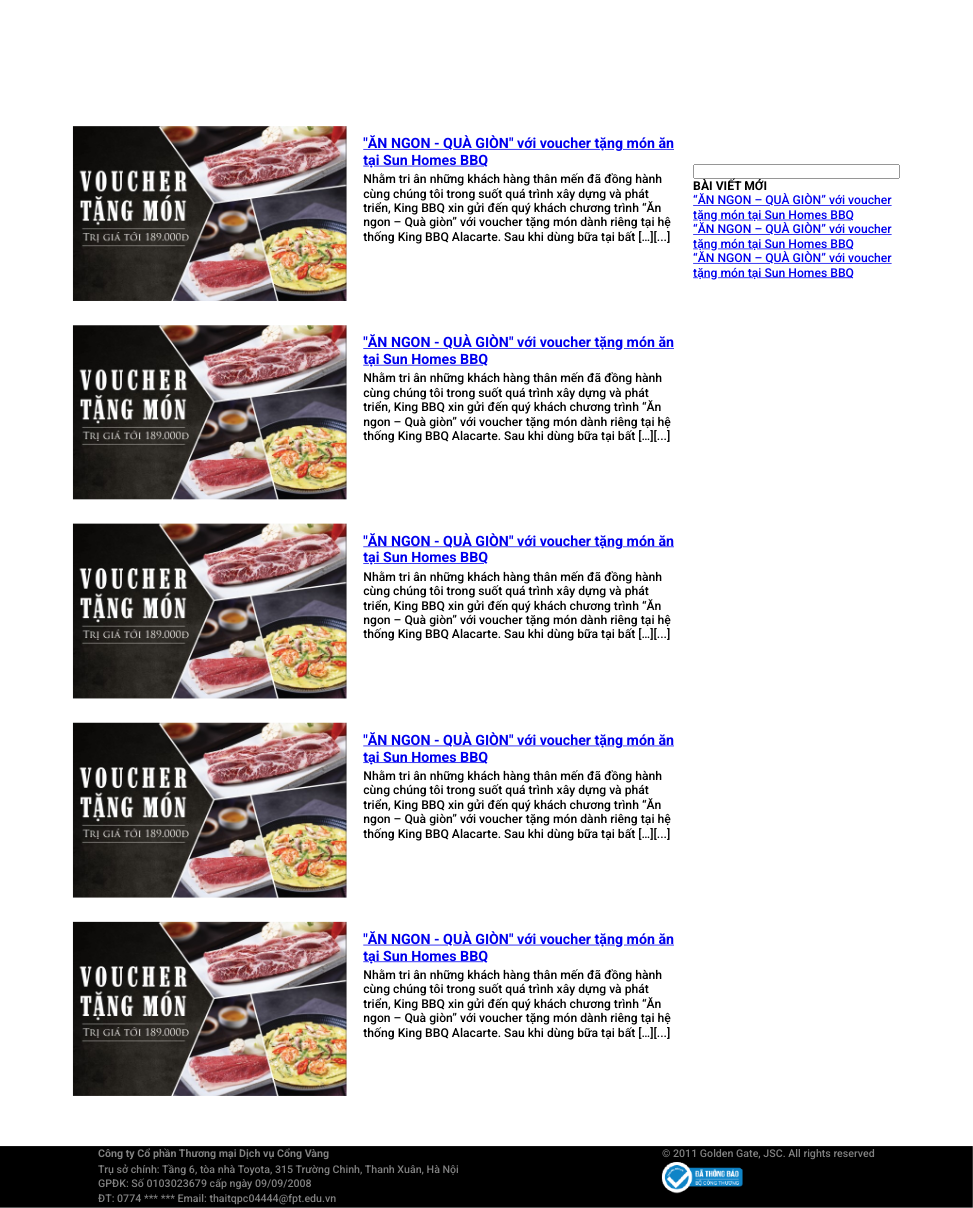
Repository: QUANGTHAI2003/sunhomesbbq
Page: TinTuc.html
An editor plug-in stored every save of this project. The page is shown before and after the next save, followed by the edit.
The browser window is 1280 px wide. The pictures show the whole page, at 76% of full size.
Some web fonts or font styles are not loaded; a fallback is used.

Above is the page before, as saved 2022-02-15 15:21:30.

After the next save:
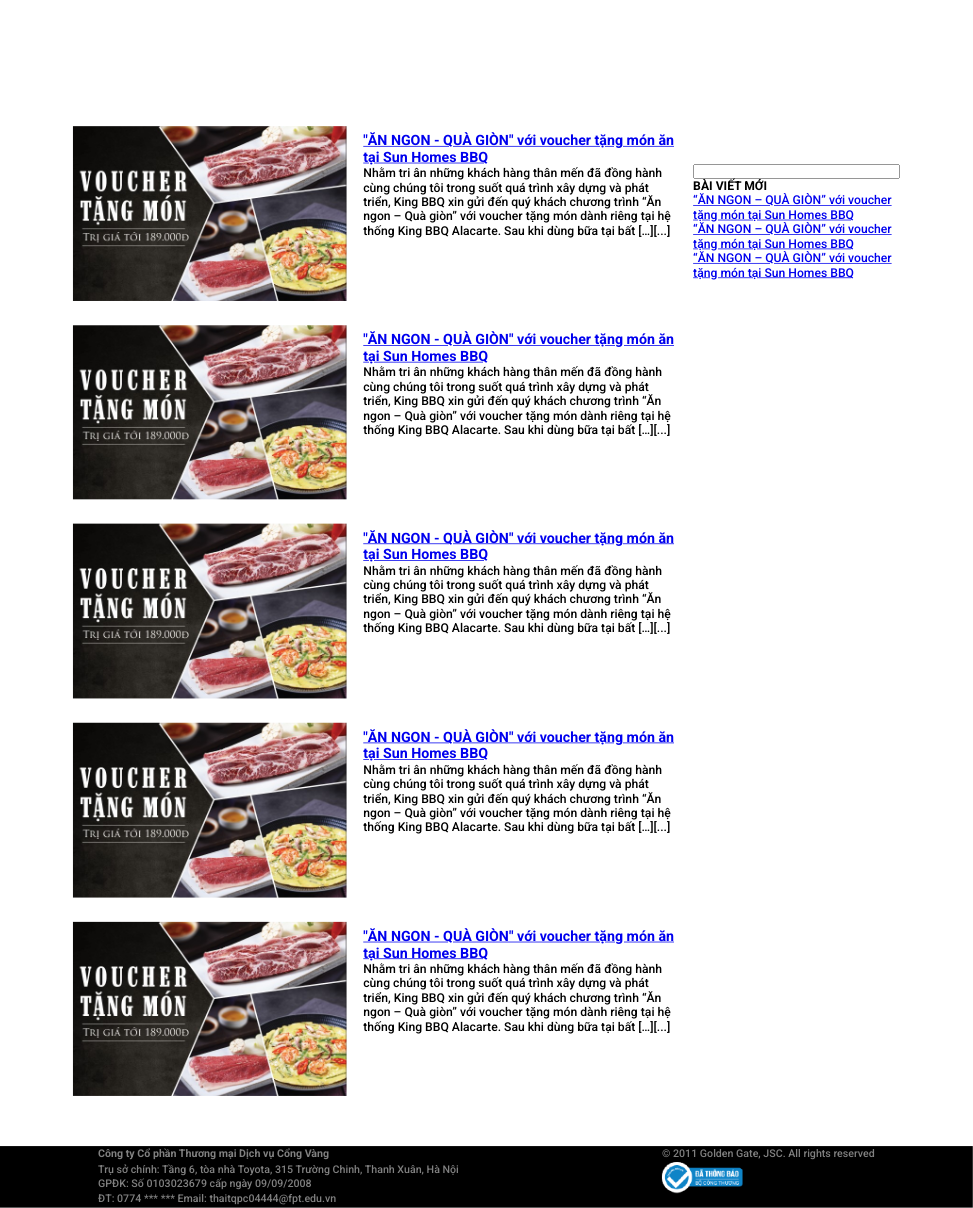
Saved 5 s later.
--- a/style.css
+++ b/style.css
@@ -875,7 +875,7 @@
     margin: 0 16px;
 }
 
-.heading-TT {
+.heading-TT a {
     padding: 4px 0;
     text-decoration: none;
 }
